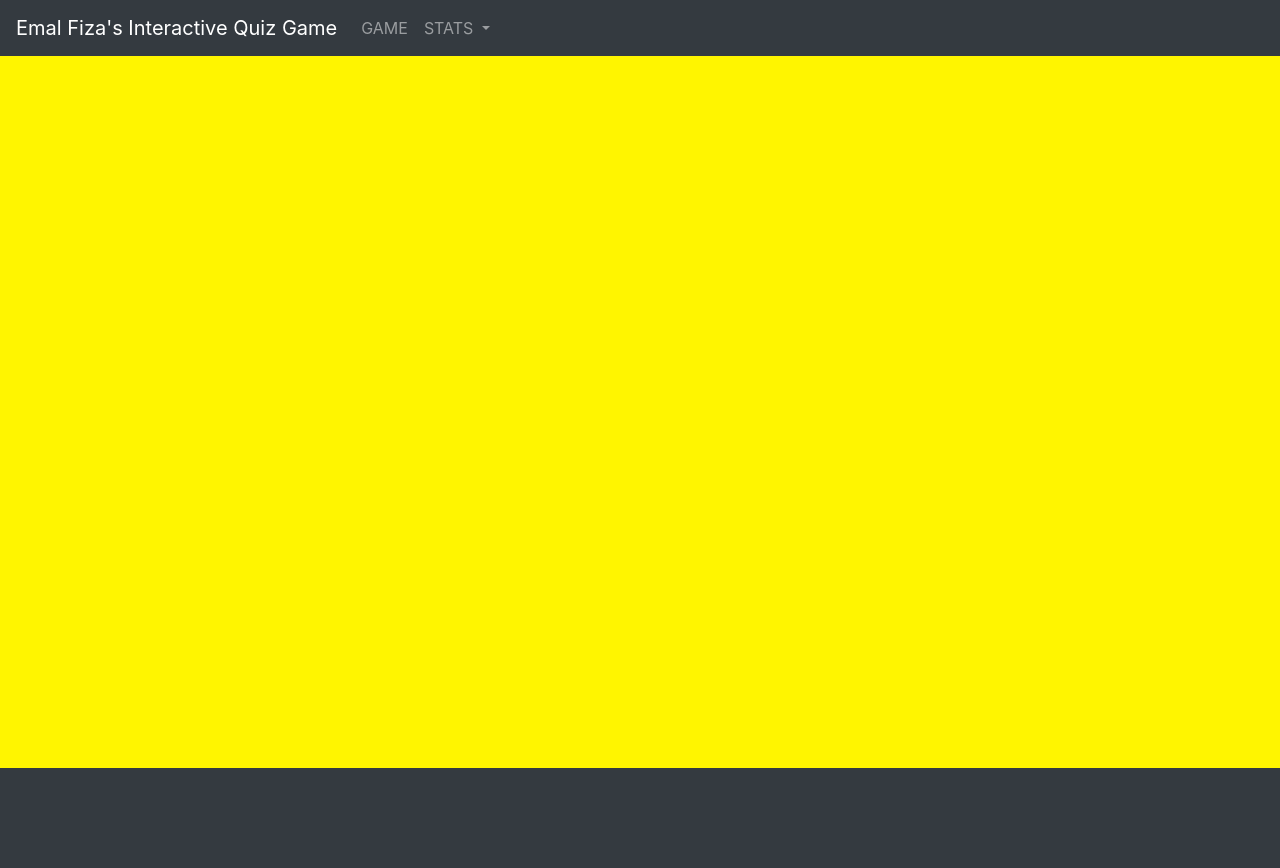
Repository: emalfiza/interactive-quiz-game
Page: index.html
The author's editor kept a record of every edit. The page is drawn from the files as they stood at one moment, then again after the next edit.
The browser window is 1280 px wide. The pictures show the whole page.
Some web fonts or font styles are not loaded; a fallback is used. Some web libraries are served in a nearby version.

Above is the page before.
Console error: TypeError: $(...).scrollspy is not a function

After the next edit:
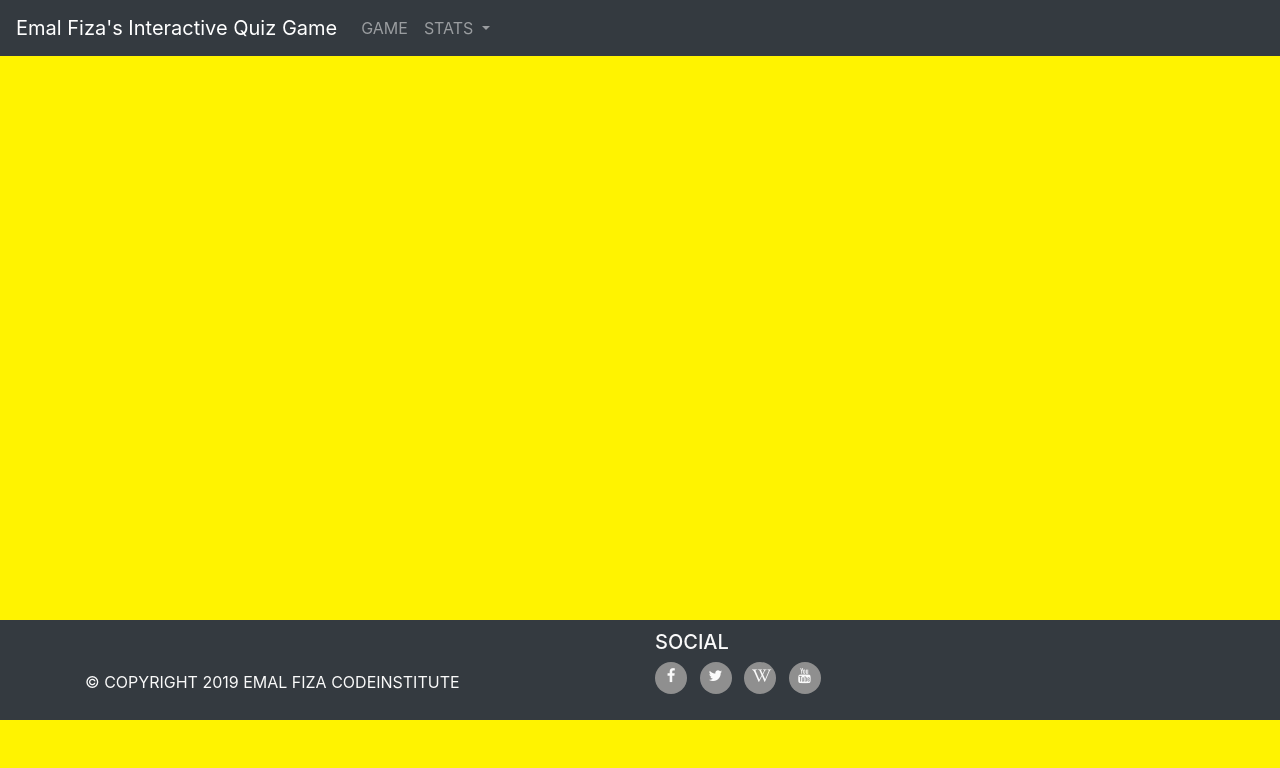
The edit:
--- a/index.html
+++ b/index.html
@@ -58,7 +58,45 @@
 
         </section>
     </main>
-    <footer>
+    <!--Footer-->
+
+    <footer class="container-fluid footer">
+        <div class="container">
+            <div class="row">
+                <div class="col-sm-6">
+                    <p class="uppercase general-sub special">&copy; Copyright 2019 Emal Fiza CodeInstitute</p>
+                </div>
+                <div class="col-sm-6">
+                    <h5 class="uppercase general-sub">Social</h5>
+                    <ul class="list-inline social-links">
+                        <li class="list-inline-item">
+                            <a target="_blank" href="https://www.facebook.com/places/Things-to-do-in-Kabul-Afghanistan/102164239825190/">
+              <i class="fa fa-facebook" aria-hidden="true"></i>
+              <span class="sr-only">Facebook</span>
+            </a>
+                        </li>
+                        <li class="list-inline-item">
+                            <a target="_blank" href="https://twitter.com/kabulnewstv">
+              <i class="fa fa-twitter" aria-hidden="true"></i>
+              <span class="sr-only">Twitter</span>
+            </a>
+                        </li>
+                        <li class="list-inline-item">
+                            <a target="_blank" href="https://en.wikipedia.org/wiki/Kabul">
+              <i class="fa fa-wikipedia-w" aria-hidden="true"></i>
+              <span class="sr-only">Wikipedia</span>
+            </a>
+                        </li>
+                        <li class="list-inline-item">
+                            <a target="_blank" href="https://www.youtube.com/watch?v=JuWQ4T8p5m0">
+              <i class="fa fa-youtube" aria-hidden="true"></i>
+              <span class="sr-only">YouTube</span>
+            </a>
+                        </li>
+                    </ul>
+                </div>
+            </div>
+        </div>
 
     </footer>
 
